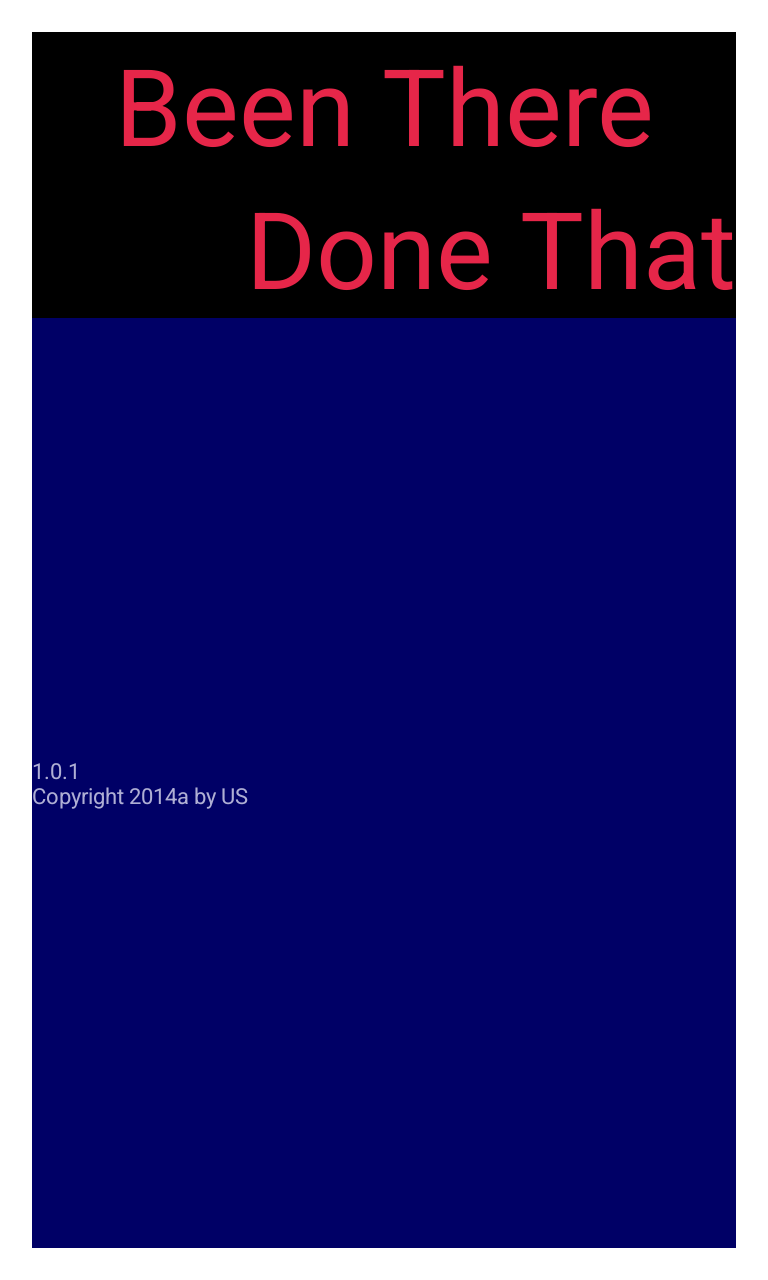
Repository: MapRantala/AndroidExamples
Layout: TriviaQuiz/res/layout/splash.xml
These files come from the project's save history. The layout is drawn as it stood at one moment and after the next save; the edit follows.
It is drawn on a 768 x 1280 px phone screen (xhdpi) without system bars, with theme AppTheme; the app's code is not run.

Above is the layout before, as saved 2014-02-23 18:54:45.

### TriviaQuiz/res/layout/splash.xml
<RelativeLayout xmlns:android="http://schemas.android.com/apk/res/android"
    xmlns:tools="http://schemas.android.com/tools"
    android:layout_width="wrap_content"
    android:layout_height="wrap_content"
    android:paddingBottom="@dimen/activity_vertical_margin"
    android:paddingLeft="@dimen/activity_horizontal_margin"
    android:paddingRight="@dimen/activity_horizontal_margin"
    android:paddingTop="@dimen/activity_vertical_margin"
    tools:context=".QuizSplashActivity" >

    <LinearLayout
        android:id="@+id/splash_primarylayout"
        android:layout_width="match_parent"
        android:layout_height="match_parent"
        android:layout_alignParentLeft="true"
        android:layout_alignParentTop="true"
        android:background="@android:color/black"
        android:orientation="vertical" >

        <TextView
            android:id="@+id/TextViewTopTitle"
            android:layout_width="match_parent"
            android:layout_height="wrap_content"
            android:gravity="center"
            android:text="@string/splash_top"
            android:textColor="@color/titlecolor"
            android:textSize="@dimen/splash_fontsize_title" />

        <TextView
            android:id="@+id/TextViewBottomTitle"
            android:layout_width="match_parent"
            android:layout_height="wrap_content"
            android:gravity="right"
            android:text="@string/splash_bottom"
            android:textColor="@color/titlecolor"
            android:textSize="@dimen/splash_fontsize_title" />

        <TextView
            android:id="@+id/TextViewBottomVersion"
            android:layout_width="match_parent"
            android:layout_height="match_parent"
            android:background="@color/versionbackgroundcolor"
            android:gravity="center_vertical"
            android:text="@string/splash_version"
            android:textColor="@color/versiontextcolor"
            android:textSize="@dimen/splash_fontsize_body" />

    </LinearLayout>

</RelativeLayout>

### TriviaQuiz/res/values/dimens.xml
<resources>

    <!-- Default screen margins, per the Android Design guidelines. -->
    <dimen name="activity_horizontal_margin">16dp</dimen>
    <dimen name="activity_vertical_margin">16dp</dimen>
	<dimen name="splash_fontsize_title">24pt</dimen>
	<dimen name="splash_fontsize_body">5pt</dimen>
	<dimen name="splash_spacing">3pt</dimen>
</resources>

### TriviaQuiz/res/values/strings.xml
<?xml version="1.0" encoding="utf-8"?>
<resources>

    <string name="app_name">Been There, Done That!</string>
    <string name="help">Help Screen</string>
    <string name="menu">Main Menu Screen</string>
    <string name="splash_top">Been There</string>
    <string name="splash_bottom">Done That</string>
    <string name="splash_version">1.0.1\nCopyright 2014a by US</string>
    <string name="settings">Settings Screen</string>
    <string name="game">Game Screen</string>
    <string name="scores">Score Screen</string>
</resources>

### TriviaQuiz/res/values/colors.xml
<?xml version="1.0" encoding="utf-8"?>
<resources>
    <color name="titlecolor">#E62649</color>
    <color name="versiontextcolor">#afafd4</color>
    <color name="versionbackgroundcolor">#000066</color>
</resources>

Loaded but not shown: TriviaQuiz/res/values/styles.xml (common file); TriviaQuiz/res/values-v11/styles.xml (common file); TriviaQuiz/res/values-v14/styles.xml (common file)

After the next save:
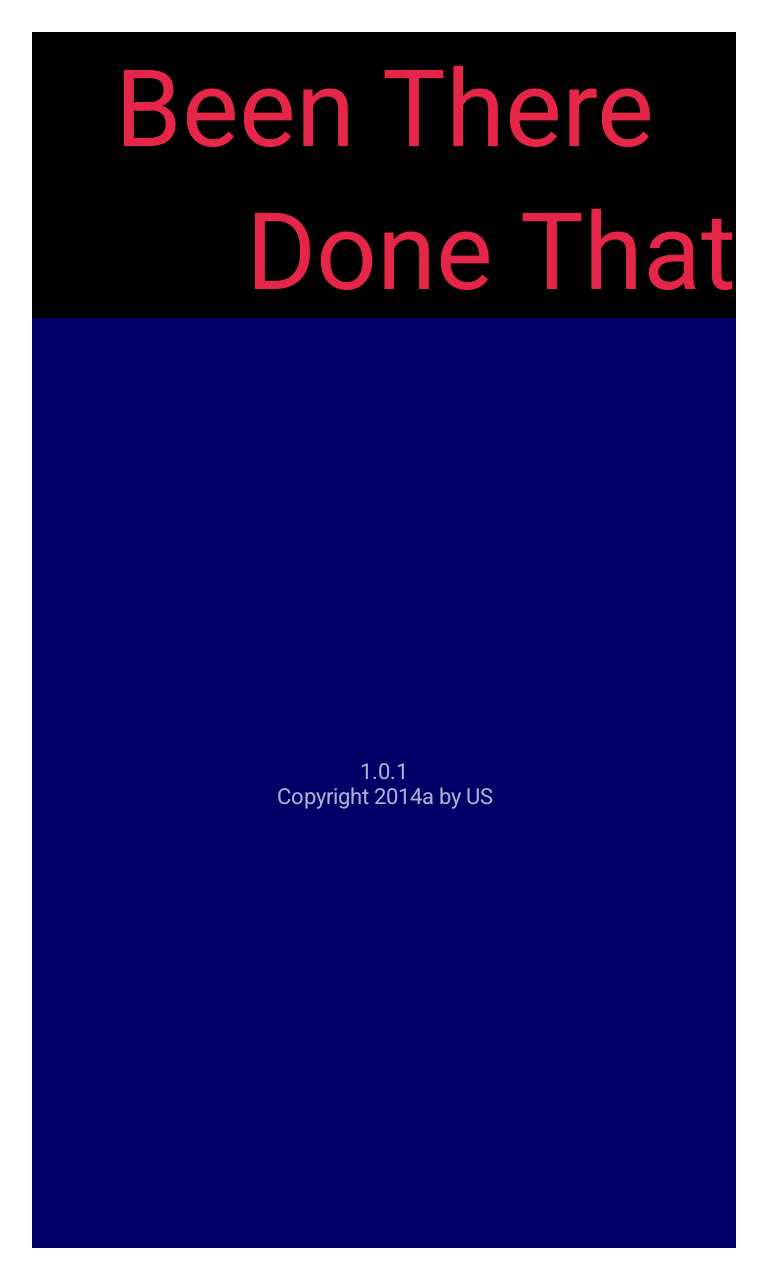
Saved 95 s later.
--- a/TriviaQuiz/res/layout/splash.xml
+++ b/TriviaQuiz/res/layout/splash.xml
@@ -40,7 +40,7 @@
             android:layout_width="match_parent"
             android:layout_height="match_parent"
             android:background="@color/versionbackgroundcolor"
-            android:gravity="center_vertical"
+            android:gravity="center_horizontal|center_vertical"
             android:text="@string/splash_version"
             android:textColor="@color/versiontextcolor"
             android:textSize="@dimen/splash_fontsize_body" />
